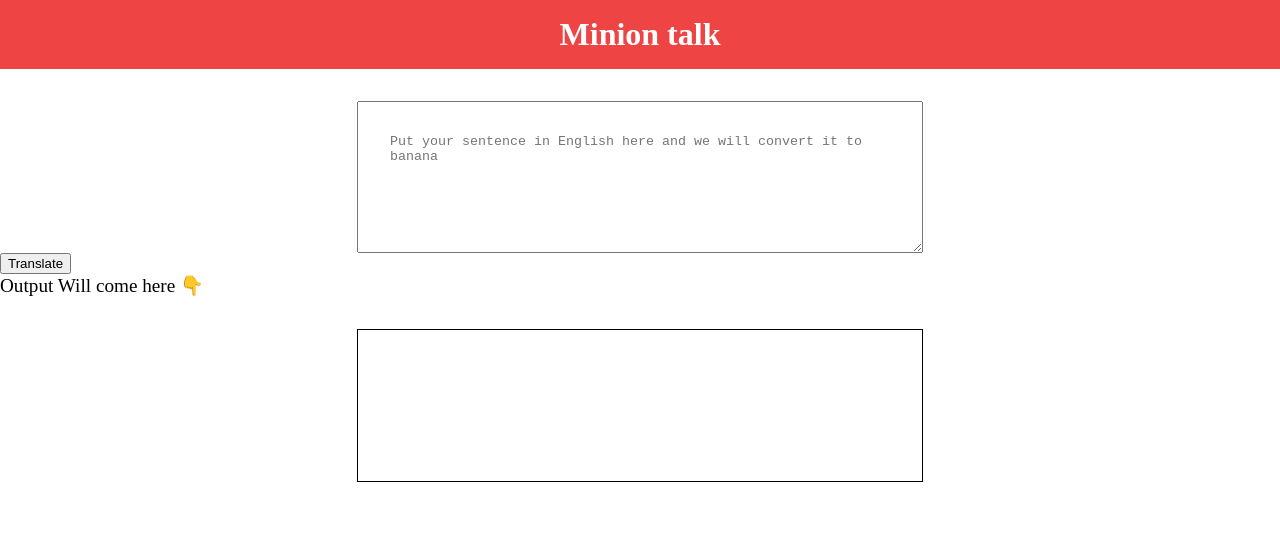
Repository: sohan2503001/Avator-speak
Page: index.html
An editor plug-in stored every save of this project. The page is shown before and after the next save, followed by the edit.
The browser window is 1280 px wide. The pictures show the whole page.

Above is the page before, as saved 2021-04-21 03:42:42.

After the next save:
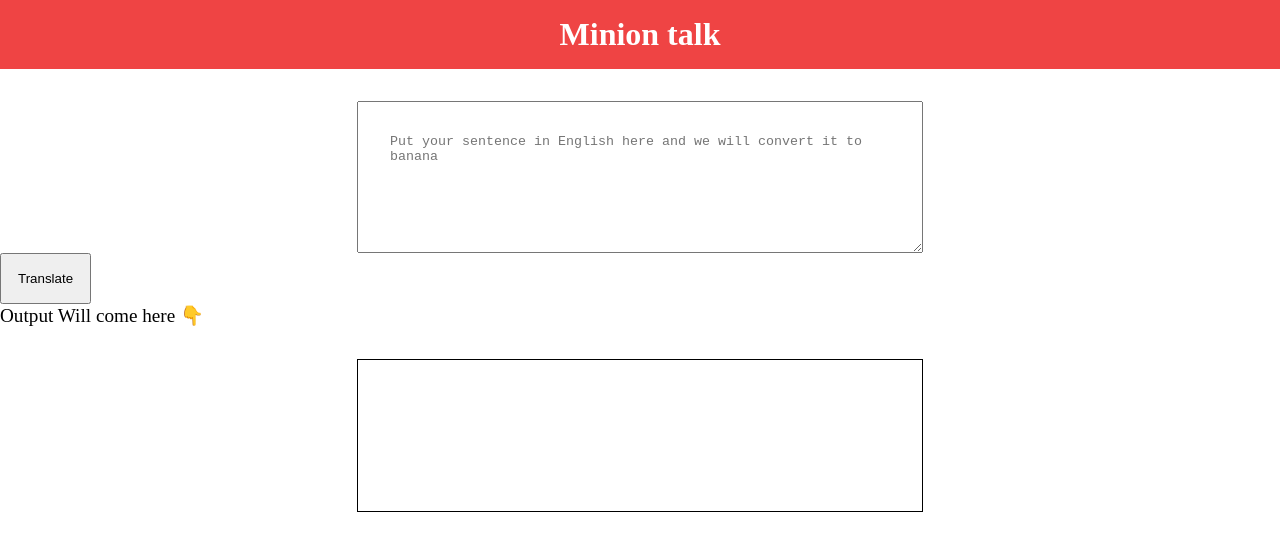
Saved 4 s later.
--- a/style.css
+++ b/style.css
@@ -28,7 +28,7 @@ textarea{
 }
 
 #btn-translate{
-    padding: auto;
+    padding: 1rem;
 }
 
 #output{
